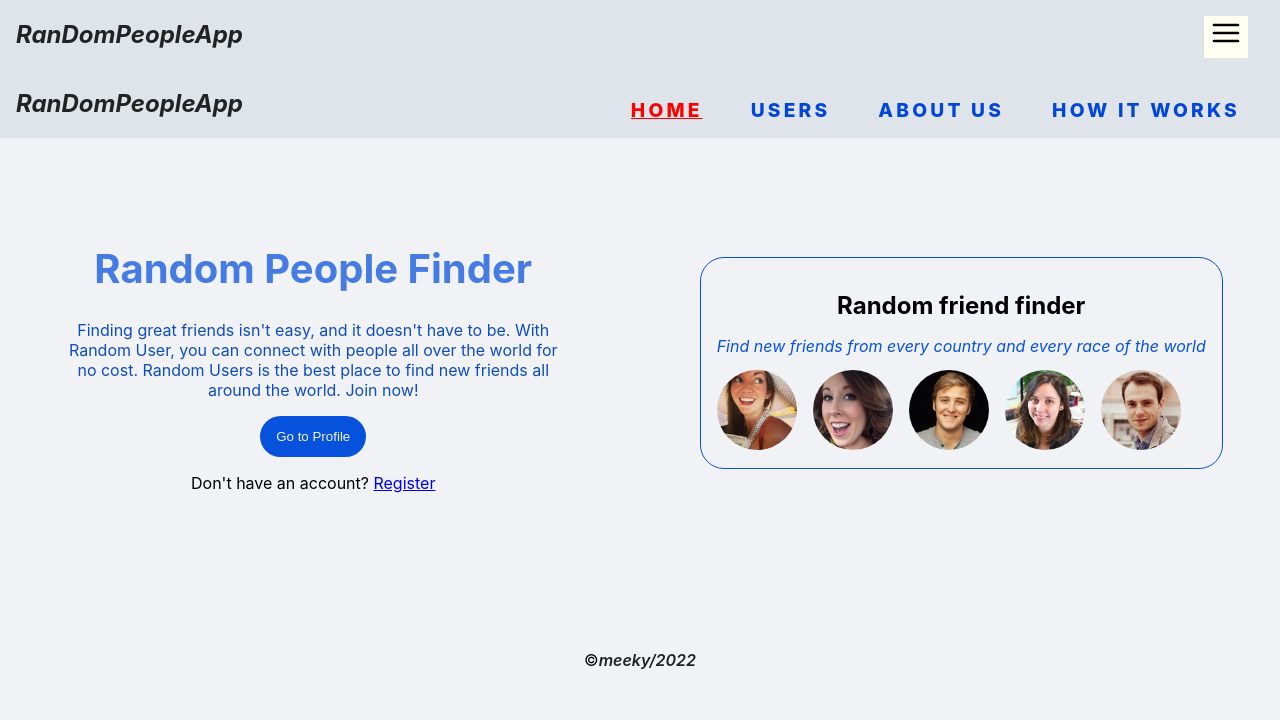
Repository: MikkyPrestige/RandomProfiles
Page: /
An editor plug-in stored every save of this project. The page is shown before and after the next save, followed by the edit.
The browser window is 1280 px wide. The pictures show the whole page.
The project was rebuilt for these pictures with package versions that can differ from the ones it lists, and the page was loaded fresh each time. Some packages were replaced by stand-ins written for this rebuild. Also part of the build but not shown: src/components/users.jsx, src/assets/styles/search.css, src/components/search.jsx, src/assets/styles/help.css, src/components/help.jsx, src/assets/styles/about.css, src/components/about.jsx, src/assets/styles/error.css and 9 more.

Above is the page before, as saved 2022-12-06 02:21:20.

### public/index.html
<!DOCTYPE html>
<html lang="en">

<head>
  <meta charset="utf-8" />
  <link rel="icon" href="%PUBLIC_URL%/favicon.ico" />
  <meta name="viewport" content="width=device-width, initial-scale=1" />
  <meta name="theme-color" content="#000000" />
  <meta name="description" content="Web site created using create-react-app" />
  <link rel="apple-touch-icon" href="%PUBLIC_URL%/logo192.png" />
  <!--
      manifest.json provides metadata used when your web app is installed on a
      user's mobile device or desktop. See https://developers.google.com/web/fundamentals/web-app-manifest/
    -->
  <link rel="manifest" href="%PUBLIC_URL%/manifest.json" />
  <!--
      Notice the use of %PUBLIC_URL% in the tags above.
      It will be replaced with the URL of the `public` folder during the build.
      Only files inside the `public` folder can be referenced from the HTML.

      Unlike "/favicon.ico" or "favicon.ico", "%PUBLIC_URL%/favicon.ico" will
      work correctly both with client-side routing and a non-root public URL.
      Learn how to configure a non-root public URL by running `npm run build`.
    -->
  <title>AltSchool Assignment 2</title>
</head>

<body>
  <noscript>You need to enable JavaScript to run this app.</noscript>
  <div id="root"></div>
  <!--
      This HTML file is a template.
      If you open it directly in the browser, you will see an empty page.

      You can add webfonts, meta tags, or analytics to this file.
      The build step will place the bundled scripts into the <body> tag.

      To begin the development, run `npm start` or `yarn start`.
      To create a production bundle, use `npm run build` or `yarn build`.
    -->
</body>

</html>

### src/index.css
body {
  margin: 0;
  font-family: -apple-system, BlinkMacSystemFont, 'Segoe UI', 'Roboto', 'Oxygen',
    'Ubuntu', 'Cantarell', 'Fira Sans', 'Droid Sans', 'Helvetica Neue',
    sans-serif;
  -webkit-font-smoothing: antialiased;
  -moz-osx-font-smoothing: grayscale;
  background-color: #f1f2f6;
}

code {
  font-family: source-code-pro, Menlo, Monaco, Consolas, 'Courier New',
    monospace;
}

### src/App.jsx
import * as React from "react";
import { ErrorBoundary } from "react-error-boundary";
import { Route, Routes } from "react-router-dom";
import {
  Layout,
  Home,
  Users,
  Search,
  Help,
  About,
  Error,
  ErrorFallBack,
  Profile,
  ProfileDisplay,
  Register,
  UpdatePassword,
  Footer,
} from "./components";

const App = () => {
  return (
    <div className="App">
      <main>
        <ErrorBoundary FallbackComponent={ErrorFallBack}>
          <Layout />
          <Routes>
            <Route path="/" element={<Home />} />
            <Route path="users">
              <Route index element={<Users />} />
              <Route path=":id" element={<Search />} />
            </Route>
            <Route path="profile" element={<Profile />} />
            <Route path="profileDisplay" element={<ProfileDisplay />} />
            <Route path="register" element={<Register />} />
            <Route path="update" element={<UpdatePassword />} />
            <Route path="help" element={<Help />} />
            <Route path="about" element={<About />} />
            <Route path="*" element={<Error />} />
          </Routes>
        </ErrorBoundary>
        <Footer />
      </main>
    </div>
  );
};

export default App;

### src/components/index.js
export {  Layout, Back } from "./layout";
export { default as Home } from "./home";
export { default as Users } from "./users";
export { default as Search } from "./search";
export { default as Help } from "./help";
export { default as About } from "./about";
export { default as Error } from "./error";
export { default as ErrorFallBack } from "./errorFallback";
export { default as Profile } from "./profile";
export { default as ProfileDisplay } from "./profileDisplay";
export { default as Register } from "./register";
export { default as UpdatePassword } from "./update";
export { Footer } from "./avatar";

### src/components/layout.jsx
// LAYOUT COMPONENT - This component is for the App Layout that displays the Navigation bar in the app UI to the user when app is open

import { useState } from "react";
import {  NavLink } from "react-router-dom";
import "../assets/styles/layout.css";
import { MdClose } from "react-icons/md";
import { FiMenu } from "react-icons/fi";

const Layout = () => {
  return (
    <div>
      <LayoutSmall />
      <LayoutLarge />
    </div>
  );
};

const CustomNavLink = ({ to, ...props }) => {
  let activeStyle = {
    textDecoration: "underline",
    color: "red",
  };

  return (
    <NavLink
      style={({ isActive }) =>
        isActive ? activeStyle : { textDecoration: "none" }
      }
      to={to}
      end
      {...props}
    />
  );
};

const LayoutSmall = () => {
  const [nav, setNav] = useState(false);

  const toggleNav = () => {
    setNav(!nav);
  };

  const closeNav = () => {
    setNav(false);
  };

  return (
    <nav className="layout">
      <div className="app-header">
        <h1>RanDomPeopleApp</h1>
      </div>
      <button onClick={toggleNav} className="layout--btn">
        {nav ? (
          <MdClose className="layout--btn--icon" />
        ) : (
          <FiMenu className="layout--btn--icon" />
        )}
      </button>
      <div className={`menuNav ${nav ? " showMenu" : ""}`}>
        <CustomNavLink
          to="/"
          end
          className="nav__item"
          onClick={() => closeNav()}
        >
          Home
        </CustomNavLink>
        <CustomNavLink
          to="profile"
          className="nav__item"
          onClick={() => closeNav()}
        >
          Users
        </CustomNavLink>
        <CustomNavLink
          to="about"
          className="nav__item"
          onClick={() => closeNav()}
        >
          About Us
        </CustomNavLink>
        <CustomNavLink
          to="help"
          className="nav__item"
          onClick={() => closeNav()}
        >
          How it works
        </CustomNavLink>
      </div>
    </nav>
  );
};

const LayoutLarge = () => {
  return (
    <nav className="layout">
      <div className="app-header">
        <h1>RanDomPeopleApp</h1>
      </div>
      <div className="nav__items">
        <CustomNavLink to="/" className="nav__item">
          Home
        </CustomNavLink>
        <CustomNavLink to="profile" className="nav__item">
          Users
        </CustomNavLink>
        <CustomNavLink to="about" className="nav__item">
          About us
        </CustomNavLink>
        <CustomNavLink to="help" className="nav__item">
          How it works
        </CustomNavLink>
      </div>
    </nav>
  );
};

// const Layout = () => {
//   return (
//     <nav className="layout">
//       <div className="app-header">
//         <h1>RanDomPeopleApp</h1>
//       </div>
//       <div className="nav__items">
//         <CustomNavLink to="/" className="nav__item">
//           Home
//         </CustomNavLink>
//         <CustomNavLink to="profile" className="nav__item">
//           Users
//         </CustomNavLink>
//         <CustomNavLink to="about" className="nav__item">
//           About us
//         </CustomNavLink>
//         <CustomNavLink to="help" className="nav__item">
//           How it works!!!
//         </CustomNavLink>
//       </div>
//     </nav>
//   );
// };

//  Navigate back home button
const Back = () => {
  const [isHover, setIsHover] = useState(false);

  const handleMouseEnter = () => {
    setIsHover(true);
  };

  const handleMouseLeave = () => {
    setIsHover(false);
  };

  const style = {
    border: "none",
    borderRadius: ".5rem",
    padding: " .5rem",
    fontSize: "1rem",
    fontWeight: "600",
    cursor: "pointer",
    backgroundColor: isHover ? "lightblue" : "rgb(0, 191, 255)",
    color: isHover ? "#f00" : "green",
  };

  return (
    <NavLink to="/" className="back__button">
      <button
        style={style}
        onMouseEnter={handleMouseEnter}
        onMouseLeave={handleMouseLeave}
      >
        Go Back ←{" "}
      </button>
    </NavLink>
  );
};

export { Layout, Back };

### src/components/home.jsx
// HOME COMPONENT - This component is the Home section of the app that displays app Home page on load and when the 'HOME' button in the header is clicked

import { Link, useNavigate } from "react-router-dom";
import "../assets/styles/home.css";
import { Avatar } from "./avatar";
import FirstFemale from "../assets/img/female-1.jpg";
import SecondFemale from "../assets/img/female-2.jpg";
import ThirdFemale from "../assets/img/female-3.jpg";
import FirstMale from "../assets/img/male-1.jpg";
import SecondMale from "../assets/img/male-2.jpg";

const Home = () => {
  const navigate = useNavigate();
  const getStarted = () => {
    navigate("/profileDisplay"); // Redirect the user to the users component when the get started button is clicked
  };

  return (
    <div className="home">
      <div className="home__container">
        <div className="desc">
          <h1 className="desc__heading">Random people finder</h1>
          <p className="desc__paragraph">
            Finding great friends isn't easy, and it doesn't have to be. With
            Random User, you can connect with people all over the world for no
            cost. Random Users is the best place to find new friends all around
            the world. Join now!
          </p>
          <button onClick={getStarted} className="desc__cta">
            Go to Profile
          </button>
          <p className="register__text">
            Don't have an account?{" "}
            <Link to="/register" className="register__link">
              Register
            </Link>
          </p>
        </div>
        <div className="home__wrapper">
          <h2 className="home__heading">Random friend finder</h2>
          <p className="home__text">
            Find new friends from every country and every race of the world
          </p>
          <div className="home__img">
            <Avatar
              image={FirstFemale}
              alt="Female One"
              style={{ width: "5rem", height: "5rem", borderRadius: "50%" }}
            />
            <Avatar
              image={SecondFemale}
              alt="Female Two"
              style={{ width: "5rem", height: "5rem", borderRadius: "50%" }}
            />
            <Avatar
              image={FirstMale}
              alt="Male One"
              style={{ width: "5rem", height: "5rem", borderRadius: "50%" }}
            />
            <Avatar
              image={ThirdFemale}
              alt="Female Three"
              style={{ width: "5rem", height: "5rem", borderRadius: "50%" }}
            />
            <Avatar
              image={SecondMale}
              alt="Male Two"
              style={{ width: "5rem", height: "5rem", borderRadius: "50%" }}
            />
          </div>
        </div>
      </div>
    </div>
  );
};

export default Home;

### src/components/avatar.jsx
// AVATAR COMPONENT - This component is for the Images used in the app.

import "../assets/styles/layout.css";

export const Avatar = ({ image = "", alt = "", style = {} }) => {
  return (
    <div className="avatar">
      <img src={image} alt={alt} style={style} />
    </div>
  );
};

// FOOTER COMPONENT - for the attribution

export const Footer = () => {
  return (
    <div className="attribution">
      <footer>
        &copy;
        <a
          href="https://github.com/MeekyBerry"
          target="_blank"
          rel="noreferrer"
          className="footer"
        >
          meeky/2022
        </a>
      </footer>
    </div>
  );
};

### src/assets/styles/layout.css
.layout {
  background-color: #dfe4ea;
  padding: 0rem 1rem;
  color: #222;
  display: flex;
  align-items: center;
  justify-content: space-between;
  position: relative;
}

.layout--btn {
  position: fixed;
  top: 1rem;
  right: 2rem;
  z-index: 10;
  background-color: #fffff2;
  border: none;
  font-size: 2rem;
  font-weight: 700;
  cursor: pointer;
}

.menuNav {
  position: fixed;
  top: 5rem;
  right: 0;
  width: 0;
  max-width: 15rem;
  height: 100%;
  background-color: #fffff2;
  z-index: 5;
  overflow: hidden;
}

.menuNav.showMenu {
  width: 100%;
  transition: all 1s ease-in;
  -webkit-transition: all 1s ease-in;
  -moz-transition: all 1s ease-in;
  -ms-transition: all 1s ease-in;
  -o-transition: all 1s ease-in;
}

.app-header {
  font-style: italic;
}

.nav__items {
  display: flex;
  align-items: center;
  list-style: none;
  flex-wrap: wrap;
}

.nav__item {
  font-size: 1.2rem;
  font-weight: 800;
  padding: 1rem 1.5rem;
  text-transform: uppercase;
  display: block;
  margin-top: .8rem;
  text-align: center;
  text-transform: uppercase;
  letter-spacing: .2rem;
  color: #0046dc;
}

.nav__item:hover {
  color: #7dd5c6;
}

.attribution {
  text-align: center;
}

.footer {
  color: #222;
  text-decoration: none;
  cursor: pointer;
  font-style: italic;
  font-weight: 600;
}

### src/assets/styles/home.css
.home {
  height: 60vh;
  width: 100%;
  margin-top: 5rem;
  text-align: center;
}

.home__container {
  display: flex;
  justify-content: space-around;
  align-items: center;
  gap: 1rem;
}

.desc {
  width: 40%;
}

.desc__heading {
  font-size: 2.5rem;
  color: #0651ddbb;
  text-transform: capitalize;
}

.desc__paragraph {
  font-size: 1rem;
  color: #0f4cbe;
}

.desc__cta {
  background-color: #0652dd;
  color: #f1f2f6;
  padding: 0.8rem 1rem;
  border: none;
  border-radius: 1.5rem;
}

.desc__cta:hover {
  background-color: #0f4cbe;
}

.home__wrapper {
  border: 1px solid #0652dd;
  border-radius: 1.5rem;
  line-height: 1;
  padding: 1rem;
  height: min-content;
}

.home__text {
  font-style: italic;
  color: #0652dd;
}

.home__img {
  display: flex;
  align-items: center;
  gap: 1rem;
}

### src/assets/styles/users.css
.users {
  background-color: #fff;
  border: 1px solid #ccc;
  border-radius: 0.5rem;
  padding: 1rem;
  margin: 1rem;
}

.users__heading {
  text-align: center;
  text-transform: uppercase;
  font-size: 1.5rem;
  font-weight: bold;
  margin-bottom: 1rem;
}

/* TOP BUTTON  */
.top__btn {
  display: flex;
  justify-content: space-between;
  align-items: center;
  margin-bottom: 1rem;
}

.cta {
  background-color: #fff;
  border: 1px solid #ccc;
  border-radius: 1rem;
  padding: 0.5rem;
  margin: 1rem;
  font-size: 1rem;
  font-weight: bold;
  cursor: pointer;
}

.page__num {
  background-color: #7fffd4;
  color: #fff;
  border: none;
  border-radius: 50%;
  padding: 0.5rem;
  font-size: 1.5rem;
  font-weight: bold;
  cursor: pointer;
}

.users__list {
  list-style: none;
  padding: 2rem;
  margin: 1rem auto;
  width: 85%;
  display: grid;
  grid-template-columns: repeat(3, minmax(200px, 1fr));
  grid-gap: 3rem;
}

.user__items {
  padding: 1rem;
  border-bottom: 1px solid #ccc;
}

.user__item {
  background-color: #fff;
  border: 1px solid #ccc;
  border-radius: 0.5rem;
  padding: 1rem;
}

.user__img {
  width: 80%;
  border-radius: 10%;
  margin-left: 1rem;
}

/* BUTTON BELOW */
.bottom__btn {
  display: flex;
  justify-content: center;
  align-items: center;
}

.btn {
  background-color: #1e90ff;
  color: #f1f2f6;
  border: none;
  border-radius: 1rem;
  padding: 0.5rem 1rem;
  margin: 1rem;
  font-size: 1rem;
  font-weight: bold;
  cursor: pointer;
}

.active:hover {
  background-color: #ced6e0;
  color: #1e90ff;
}

.active:active {
  background-color: #70a1ff;
  color: #ced6e0;
}

.btn__array {
  padding: 0.5rem;
  margin: 0.5rem;
  font-size: 1rem;
  font-weight: bold;
  border-radius: 0.5rem;
  border: none;
  cursor: pointer;
}

.pagination {
  text-align: center;
}

.search__box {
  display: flex;
  justify-content: center;
  align-items: center;
}

.search__link {
  background-color: #fff;
  border: 1px solid #ccc;
  color: #1e90ff;
  border-radius: 1rem;
  width: 18rem;
  padding: 0.5rem;
  margin: 1rem;
  font-size: 1rem;
  font-weight: bold;
  cursor: pointer;
  text-align: center;
  text-decoration: none;
  animation: search 1s ease-in-out infinite;
}

.search__link:hover {
  background-color: #1e90ff;
  color: #fff;
  animation: none;
}

.search__link:active {
  background-color: #70a1ff;
  color: #fff;
  animation: none;
}

@keyframes search {
  0% {
    transform: scale(1);
  }

  50% {
    transform: scale(1.2);
  }

  100% {
    transform: scale(1);
  }
}

Loaded but not shown: src/index.js (common file)

After the next save:
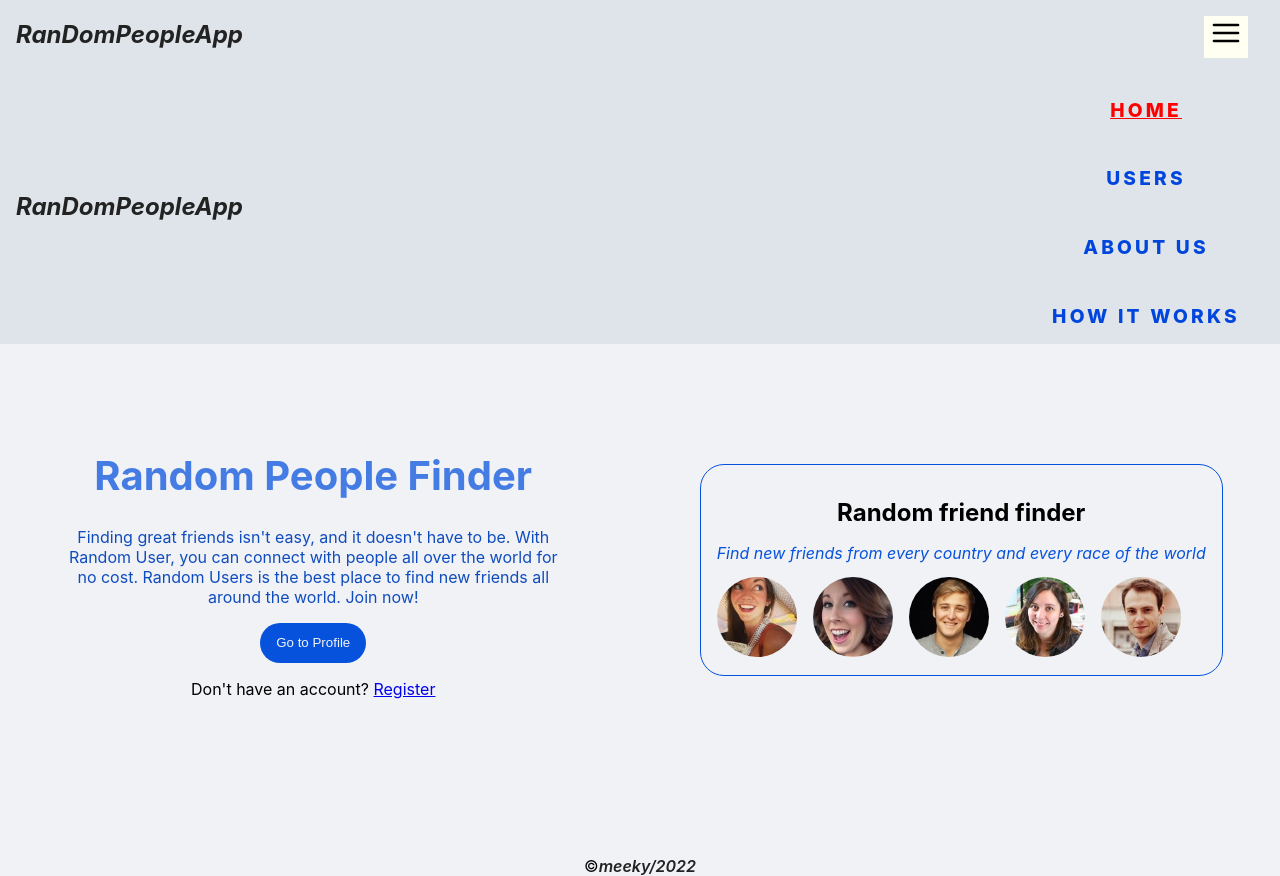
Saved 56 s later.
--- a/src/components/layout.jsx
+++ b/src/components/layout.jsx
@@ -97,7 +97,7 @@ const LayoutLarge = () => {
       <div className="app-header">
         <h1>RanDomPeopleApp</h1>
       </div>
-      <div className="nav__items">
+      <div className="nav__items-large">
         <CustomNavLink to="/" className="nav__item">
           Home
         </CustomNavLink>

After the 3 saves that followed:
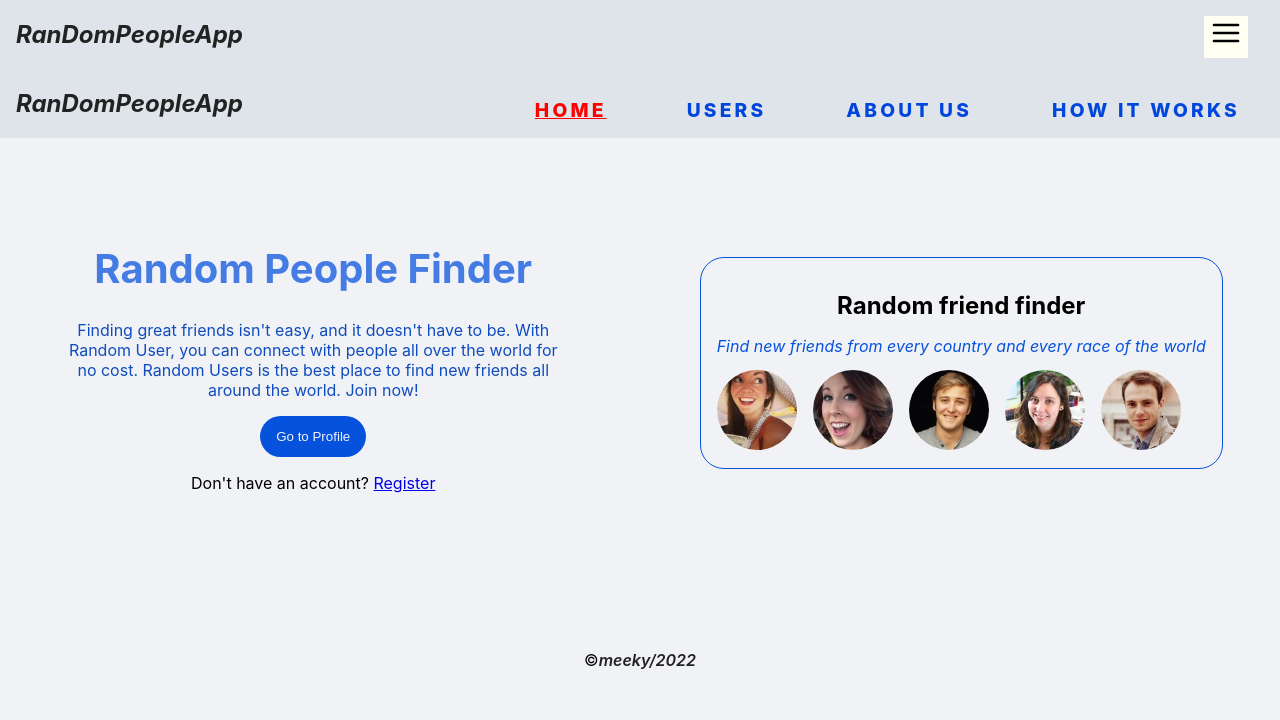
The 3 saves are shown as one change because 2 left the picture as it was.
The last was saved 94 s later.
--- a/src/components/layout.jsx
+++ b/src/components/layout.jsx
@@ -97,7 +97,7 @@ const LayoutLarge = () => {
       <div className="app-header">
         <h1>RanDomPeopleApp</h1>
       </div>
-      <div className="nav__items-large">
+      <div className="nav__items--large">
         <CustomNavLink to="/" className="nav__item">
           Home
         </CustomNavLink>
--- a/src/assets/styles/layout.css
+++ b/src/assets/styles/layout.css
@@ -69,6 +69,11 @@
   color: #7dd5c6;
 }
 
+.nav__items--large {
+  display: flex;
+  gap: 2rem;
+}
+
 .attribution {
   text-align: center;
 }
